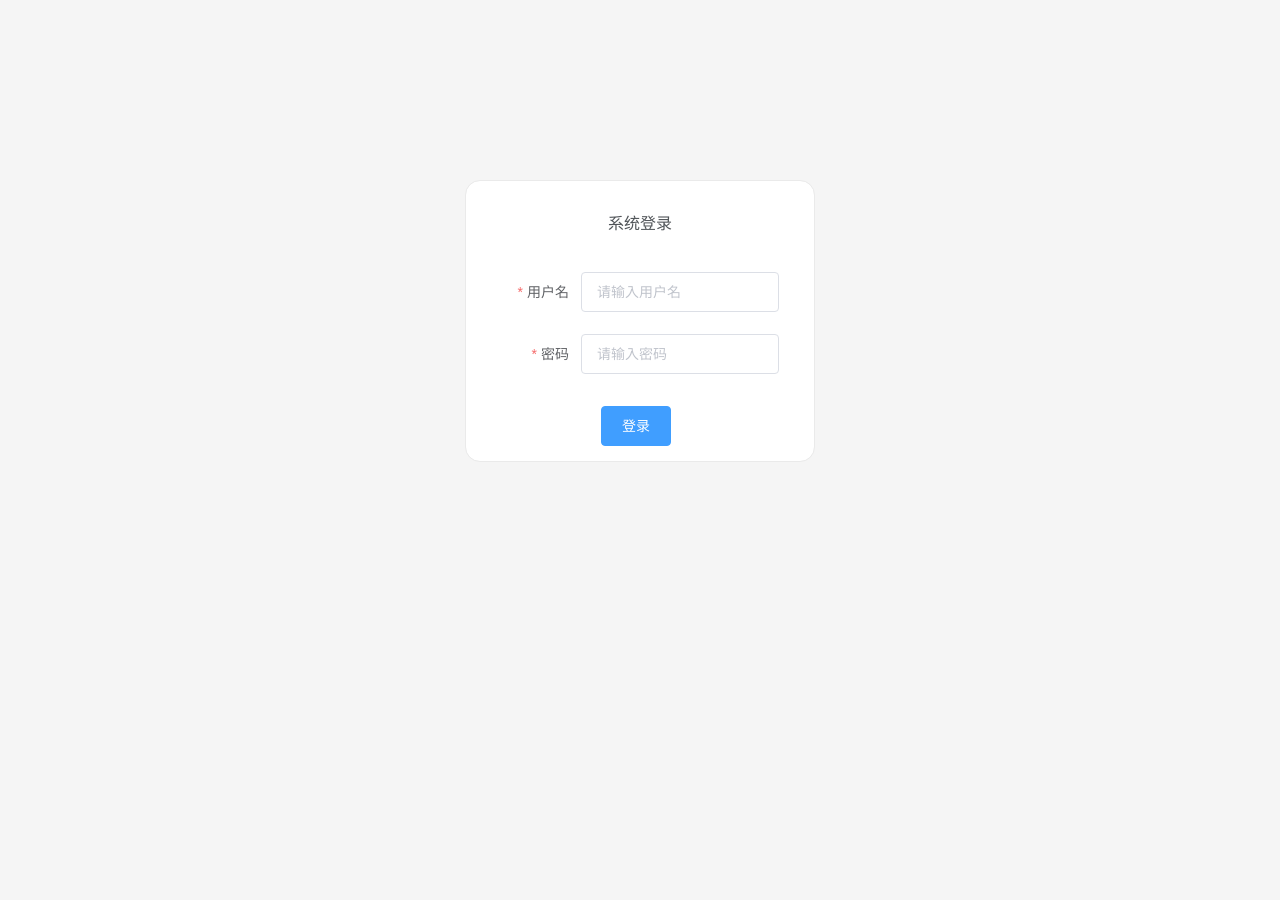
Repository: erwtt/git-demo
Page: / (app in 后台管理系统/)
These files come from the project's save history. The page is drawn as it stood at one moment and after a run of saves; the edit follows.
The browser window is 1280 px wide. The pictures show the whole page.
The project was rebuilt for these pictures with package versions that can differ from the ones it lists, and the page was loaded fresh each time. Also part of the build but not shown: 后台管理系统/vue.config.js.

Above is the page before, as saved 2022-05-20 16:39:48.

After the next 3 saves:
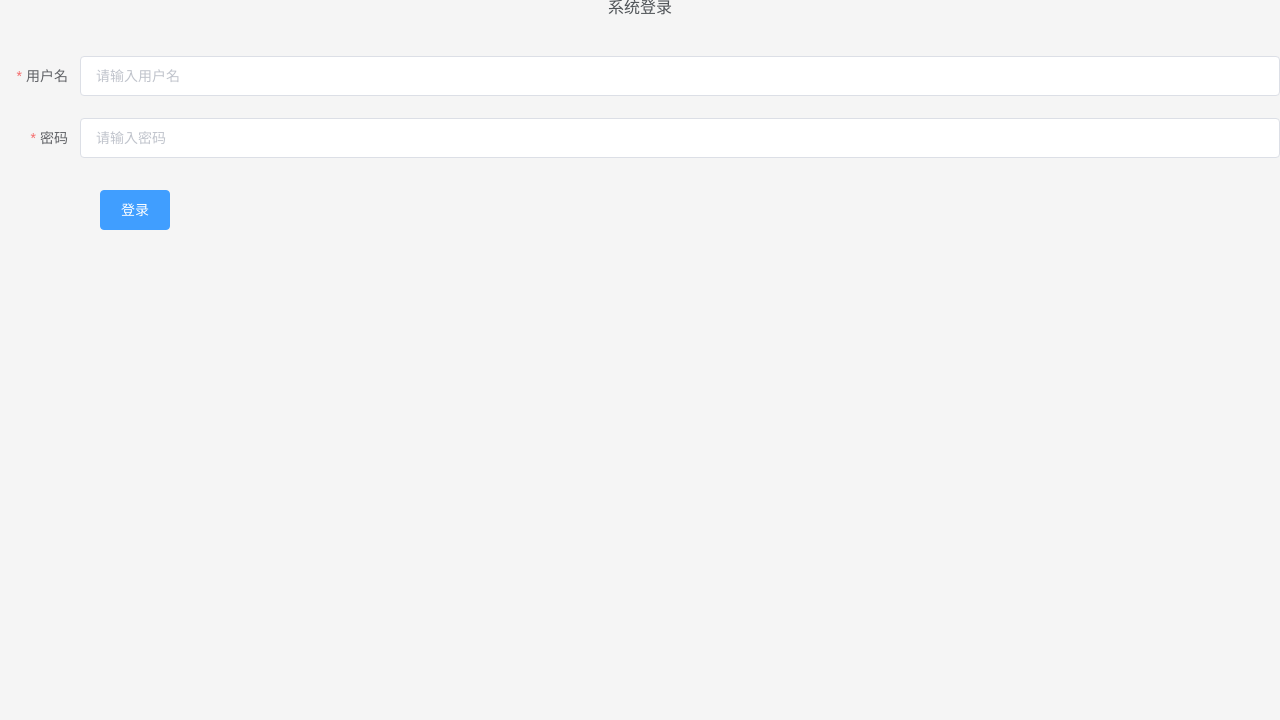
The 3 saves are shown as one change because 2 did not build or start.
The last was saved 33 min 31 s later.
--- a/后台管理系统/src/views/login/login.vue
+++ b/后台管理系统/src/views/login/login.vue
@@ -1,4 +1,5 @@
 <template>
+
     <el-form
         :model="form"
         status-icon
@@ -95,14 +96,21 @@
 
 <style lang="less" scoped>
     .login_container{
-        border-radius: 15px;
-        background-clip: padding-box;
-        margin:180px auto;
-        width: 350px;
-        padding:35px 35px 15px 35px;
-        background-color:#fff;
-        border:1px solid #eaeaea;
-        box-shadow: #cac6c6;
+          width: 100%;
+  height: 100%;
+  background-image: import("../../assets/images/back.jpg");
+  background-size: cover;
+  background-position: center;
+  position: relative;
+
+        // border-radius: 15px;
+        // background-clip: padding-box;
+        // margin:180px auto;
+        // width: 350px;
+        // padding:35px 35px 15px 35px;
+        // background-color:#fff;
+        // border:1px solid #eaeaea;
+        // box-shadow: #cac6c6;
     }
     .login_title{
         margin:0px auto 40px auto;

After the save that followed:
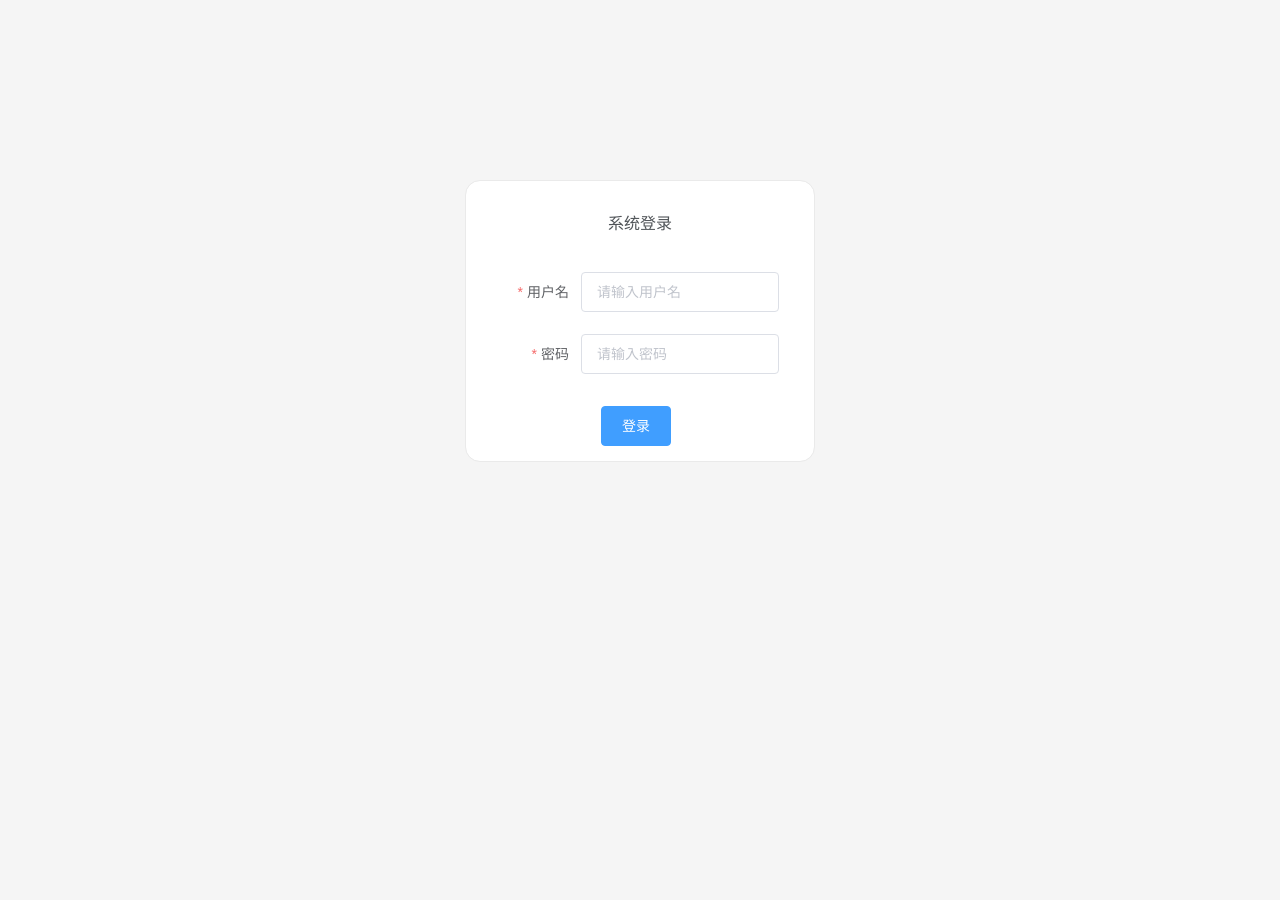
Saved 2 min 2 s later.
--- a/后台管理系统/src/views/login/login.vue
+++ b/后台管理系统/src/views/login/login.vue
@@ -1,5 +1,5 @@
 <template>
-
+    <div class="background">
     <el-form
         :model="form"
         status-icon
@@ -43,6 +43,7 @@
          >登录</el-button>
     </el-form-item>
     </el-form>
+    </div>
 </template>
 
 <script>
@@ -95,22 +96,26 @@
 </script>
 
 <style lang="less" scoped>
-    .login_container{
-          width: 100%;
+
+    .background{
+                width: 100%;
   height: 100%;
   background-image: import("../../assets/images/back.jpg");
   background-size: cover;
   background-position: center;
   position: relative;
+    }
+    .login_container{
 
-        // border-radius: 15px;
-        // background-clip: padding-box;
-        // margin:180px auto;
-        // width: 350px;
-        // padding:35px 35px 15px 35px;
-        // background-color:#fff;
-        // border:1px solid #eaeaea;
-        // box-shadow: #cac6c6;
+
+        border-radius: 15px;
+        background-clip: padding-box;
+        margin:180px auto;
+        width: 350px;
+        padding:35px 35px 15px 35px;
+        background-color:#fff;
+        border:1px solid #eaeaea;
+        box-shadow: #cac6c6;
     }
     .login_title{
         margin:0px auto 40px auto;
